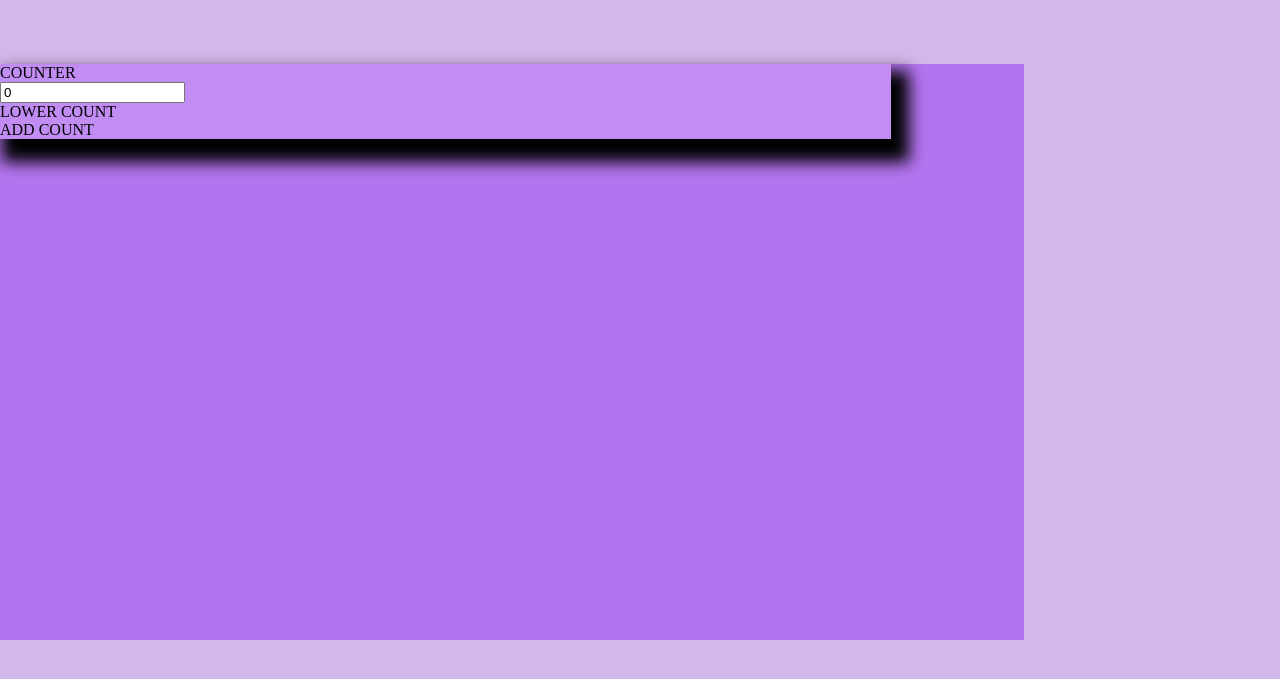
Repository: AnahitKhechumyan/Counter
Page: index.html
These files come from the project's save history. The page is drawn as it stood at one moment and after the next save; the edit follows.
The browser window is 1280 px wide. The pictures show the whole page.

Above is the page before, as saved 2022-02-14 17:01:46.

### index.html
<!DOCTYPE html>
<html lang="en">
<head>
    <meta charset="UTF-8">
    <meta http-equiv="X-UA-Compatible" content="IE=edge">
    <meta name="viewport" content="width=device-width, initial-scale=1.0">
    <link rel="stylesheet" href="style.css">
    <script src= "./script.js"></script>
    <title>Document</title>
</head>
<body>
    <div class="container">
        <div class="main">
            <div class="header">COUNTER</div>
            <div class="count"><input type= "text" value = "0"/></div>
            <div class= "lower">LOWER COUNT</div>
            <div class="add">ADD COUNT</div>
        </div>
    </div>
    <script src= "./script.js"></script>
</body>
</html>

### style.css
body{
    margin: 0;
    background-color: rgb(210, 183, 235);
}
.container{
    background-color: rgb(180, 116, 240);
    width: 80%;
    height: 80vh;
    margin-top: 5%;
    margin-bottom: 5%;
}
.main{
    background-color: rgb(194, 141, 243);
    width: 87%;
    margin-top: 5%;
    margin-bottom: 5%;
    box-shadow: 10px 15px 15px 8px;
}

Loaded but not shown: script.js (no copy from this time; the picture is the same without it)

After the next save:
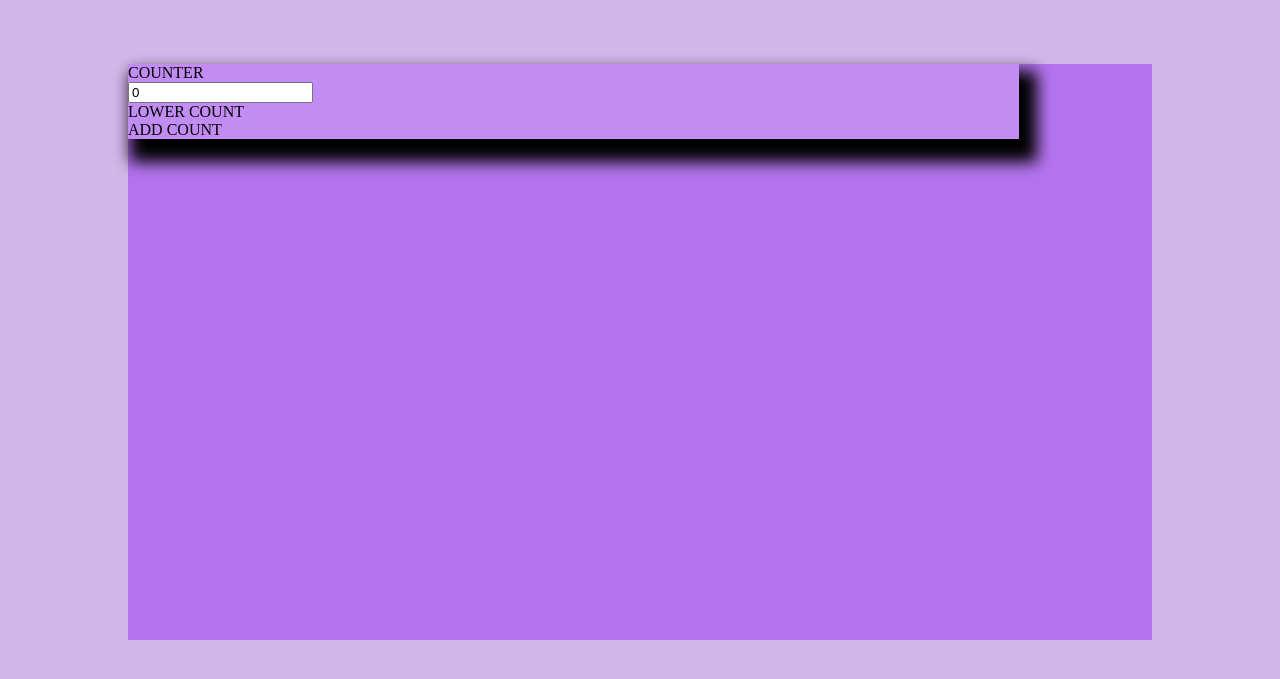
Saved 49 s later.
--- a/style.css
+++ b/style.css
@@ -6,8 +6,8 @@
     background-color: rgb(180, 116, 240);
     width: 80%;
     height: 80vh;
-    margin-top: 5%;
-    margin-bottom: 5%;
+    margin: 5% 10% ;
+
 }
 .main{
     background-color: rgb(194, 141, 243);
